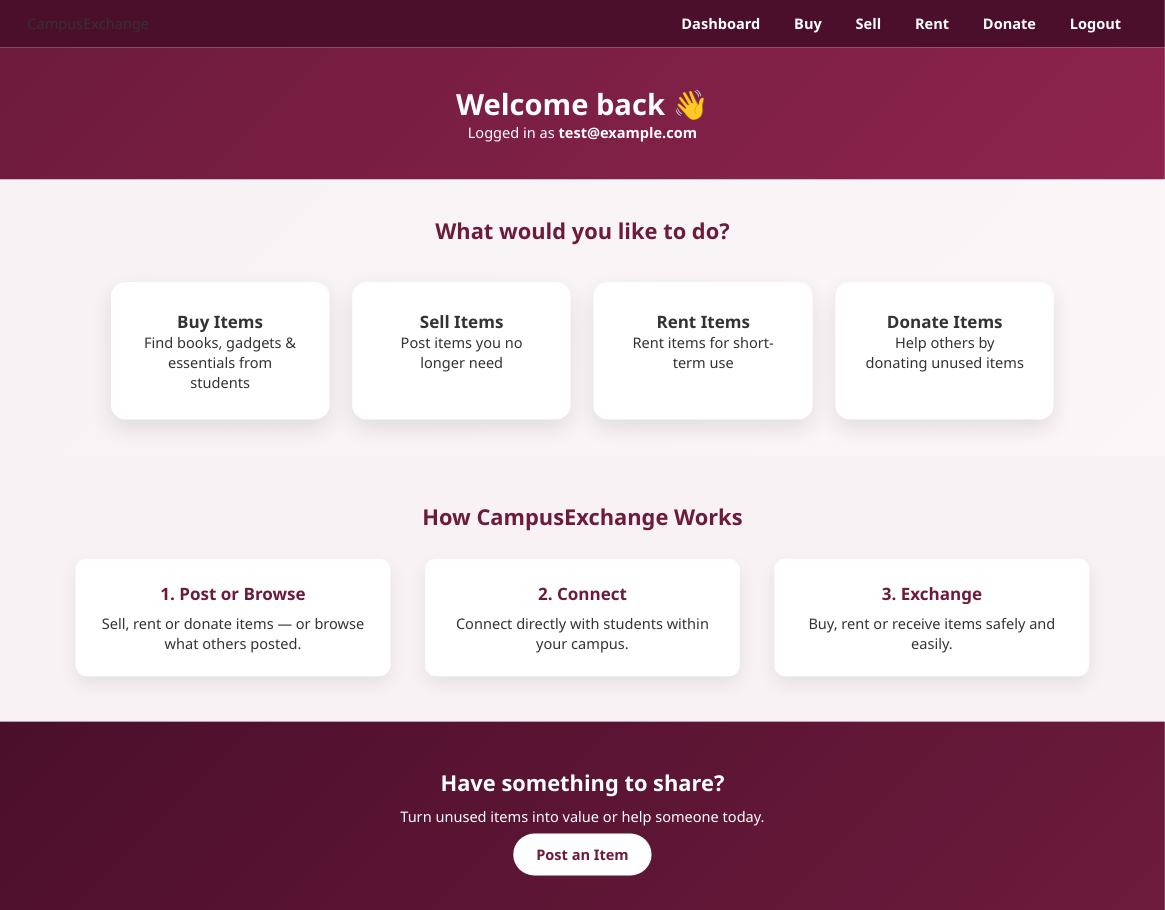
Repository: Sanjaya1822/Campus-Exchange
Page: http://localhost/CampusExchange/dashboard.jsp
These files come from the project's save history. The page is drawn as it stood at one moment and after the next save; the edit follows.
The browser window is 1280 px wide. The pictures show the whole page, at 91% of full size.
The page is served by Tomcat 9. The session is filled in as if someone had signed in: {"userEmail": "test@example.com"}. Other server files are loaded and not shown.

Above is the page before, as saved 2026-02-02 17:05:15.

### CampusExchange/src/main/webapp/dashboard.jsp
<%@ page language="java" contentType="text/html; charset=UTF-8"
         pageEncoding="UTF-8" %>

<%@ page language="java" contentType="text/html; charset=UTF-8" %>

<%

    if (session == null || session.getAttribute("userEmail") == null) {
        response.sendRedirect("login.jsp");
        return;
    }
    String userEmail = (String) session.getAttribute("userEmail");
%>


<!DOCTYPE html>
<html>
<head>
    <title>Dashboard | CampusExchange</title>
    <link rel="stylesheet" href="css/style.css">
</head>
<!-- NAVBAR -->
<div class="navbar">
    <div class="nav-left">CampusExchange</div>
    <div class="nav-right">
        <a href="dashboard.jsp">Dashboard</a>
        <a href="buy.jsp">Buy</a>
        <a href="sell.jsp">Sell</a>
        <a href="rent.jsp">Rent</a>
        <a href="donate.jsp">Donate</a>
        <a href="logout">Logout</a>
    </div>
</div>

<!-- HERO -->
<div class="dashboard-hero">
    <h1>Welcome back 👋</h1>
    <p>Logged in as <strong><%= userEmail %></strong></p>
</div>

<!-- QUICK ACTIONS -->
<div class="quick-actions">
    <h2>What would you like to do?</h2>

    <div class="dashboard-actions">
        <a href="buy.jsp" class="action-card">
            <h3>Buy Items</h3>
            <p>Find books, gadgets & essentials from students</p>
        </a>

        <a href="sell.jsp" class="action-card">
            <h3>Sell Items</h3>
            <p>Post items you no longer need</p>
        </a>

        <a href="rent.jsp" class="action-card">
            <h3>Rent Items</h3>
            <p>Rent items for short-term use</p>
        </a>

        <a href="donate.jsp" class="action-card">
            <h3>Donate Items</h3>
            <p>Help others by donating unused items</p>
        </a>
    </div>
</div>

<!-- HOW IT WORKS -->
<div class="how-it-works">
    <h2>How CampusExchange Works</h2>

    <div class="steps">
        <div class="step-box">
            <h3>1. Post or Browse</h3>
            <p>Sell, rent or donate items — or browse what others posted.</p>
        </div>

        <div class="step-box">
            <h3>2. Connect</h3>
            <p>Connect directly with students within your campus.</p>
        </div>

        <div class="step-box">
            <h3>3. Exchange</h3>
            <p>Buy, rent or receive items safely and easily.</p>
        </div>
    </div>
</div>

<!-- FOOTER CTA -->
<div class="dashboard-footer">
    <h2>Have something to share?</h2>
    <p>Turn unused items into value or help someone today.</p>
    <a href="sell.jsp" class="footer-btn">Post an Item</a>
</div>

</html>

### CampusExchange/src/main/webapp/css/style.css
/* ================= RESET ================= */
* {
    margin: 0;
    padding: 0;
    box-sizing: border-box;
    font-family: "Segoe UI", Arial, sans-serif;
}

/* ================= PAGE BACKGROUND ================= */
body {
    background: linear-gradient(
        rgba(0,0,0,0.55),
        rgba(0,0,0,0.55)
    ),
    url("../images/bg.jpg") no-repeat center center / cover;
    min-height: 100vh;
    color: #333;
}

/* ================= NAVBAR ================= */
.navbar {
    width: 100%;
    padding: 18px;
    text-align: center;
    background: rgba(255,255,255,0.95);
}

.navbar a {
    margin: 0 18px;
    text-decoration: none;
    color: #6d1b3b;
    font-weight: 600;
    font-size: 16px;
}

.navbar a:hover {
    color: #9c274d;
}

/* ================= HERO ================= */
.hero {
    margin-top: 120px;
    text-align: center;
    color: #ffffff;
}

.hero h1 {
    font-size: 52px;
    letter-spacing: 1px;
}

.hero p {
    margin-top: 15px;
    font-size: 18px;
    max-width: 650px;
    margin-left: auto;
    margin-right: auto;
    opacity: 0.95;
}

/* ================= CTA ================= */
.cta {
    margin-top: 30px;
}

.cta a {
    display: inline-block;
    padding: 14px 30px;
    background: #6d1b3b;
    color: #ffffff;
    text-decoration: none;
    border-radius: 30px;
    font-size: 16px;
    font-weight: 600;
}

.cta a:hover {
    background: #9c274d;
}

/* ================= FEATURES ================= */
.features {
    background: #f7f3f5;
    padding: 70px 20px;
    margin-top: 120px;
}

.features h2 {
    text-align: center;
    margin-bottom: 40px;
    color: #6d1b3b;
    font-size: 32px;
}

/* ================= FEATURE GRID ================= */
.feature-grid {
    display: grid;
    grid-template-columns: repeat(auto-fit, minmax(220px, 1fr));
    gap: 30px;
    max-width: 1000px;
    margin: auto;
}

/* ================= FEATURE CARD ================= */
.feature-card {
    background: #ffffff;
    padding: 30px;
    border-radius: 14px;
    text-align: center;
    box-shadow: 0 15px 30px rgba(0,0,0,0.15);
    transition: transform 0.3s ease, box-shadow 0.3s ease;
}

.feature-card i {
    font-size: 34px;
    color: #6d1b3b;
    margin-bottom: 15px;
}

.feature-card h3 {
    margin-bottom: 10px;
    color: #6d1b3b;
}

.feature-card p {
    font-size: 14px;
    line-height: 1.6;
}

.feature-card a {
    display: inline-block;
    margin-top: 15px;
    color: #9c274d;
    font-weight: 600;
    text-decoration: none;
}

.feature-card:hover {
    transform: translateY(-8px);
    box-shadow: 0 25px 45px rgba(0,0,0,0.25);
}

/* ================= INFO SECTION ================= */
.info {
    background: #ffffff;
    padding: 70px 20px;
}

.info h2 {
    text-align: center;
    color: #6d1b3b;
    margin-bottom: 25px;
}

.info p {
    max-width: 800px;
    margin: auto;
    text-align: center;
    line-height: 1.7;
    font-size: 15px;
}

/* ================= FOOTER ================= */
.footer {
    background: #6d1b3b;
    color: #ffffff;
    padding: 20px;
    text-align: center;
    font-size: 14px;
}
/* ================= AUTH PAGES ================= */
.auth-container {
    width: 420px;
    background: rgba(255,255,255,0.97);
    padding: 35px;
    border-radius: 14px;
    box-shadow: 0 20px 40px rgba(0,0,0,0.3);
    margin: 120px auto;
}

.auth-container h2 {
    text-align: center;
    margin-bottom: 25px;
    color: #6d1b3b;
}

/* Input group */
.auth-group {
    margin-bottom: 18px;
}

.auth-group label {
    display: block;
    margin-bottom: 6px;
    font-weight: 600;
    color: #444;
}

.auth-group input {
    width: 100%;
    padding: 12px;
    border-radius: 6px;
    border: 1px solid #ccc;
    font-size: 15px;
}

.auth-group input:focus {
    outline: none;
    border-color: #9c274d;
    box-shadow: 0 0 5px rgba(156,39,77,0.4);
}

/* Submit button */
.auth-btn {
    width: 100%;
    padding: 12px;
    background: #6d1b3b;
    color: white;
    border: none;
    border-radius: 6px;
    font-size: 16px;
    font-weight: 600;
    cursor: pointer;
    margin-top: 10px;
}

.auth-btn:hover {
    background: #9c274d;
}

/* Auth links */
.auth-link {
    text-align: center;
    margin-top: 18px;
}

.auth-link a {
    text-decoration: none;
    color: #6d1b3b;
    font-weight: 600;
}

.auth-link a:hover {
    text-decoration: underline;
}
/* ================= DASHBOARD ================= */

.dashboard-grid {
    display: grid;
    grid-template-columns: repeat(2, 1fr);
    gap: 20px;
    margin-top: 20px;
}

.dash-card {
    display: block;
    padding: 25px;
    border-radius: 12px;
    text-decoration: none;
    background: #f7f3f5;
    color: #333;
    box-shadow: 0 10px 20px rgba(0,0,0,0.15);
    transition: transform 0.3s ease, box-shadow 0.3s ease;
}

.dash-card h3 {
    color: #6d1b3b;
    margin-bottom: 8px;
}

.dash-card:hover {
    transform: translateY(-6px);
    box-shadow: 0 18px 30px rgba(0,0,0,0.25);
}
.error-msg {
    color: #7b1e3a;
    background: #fdecee;
    padding: 10px;
    border-radius: 6px;
    text-align: center;
    margin-bottom: 15px;
}
/* SELL / FORM PAGE CLEAN BACKGROUND */
body {
    background: linear-gradient(135deg, #f6f1f3, #fdf7f9);
    font-family: 'Segoe UI', sans-serif;
}

.auth-container {
    background: #ffffff;
    padding: 30px;
    max-width: 500px;
    margin: 60px auto;
    border-radius: 12px;
    box-shadow: 0 10px 25px rgba(123, 30, 58, 0.15);
}

.auth-container h2 {
    color: #7b1e3a;
    text-align: center;
    margin-bottom: 20px;
}

.auth-container label {
    color: #5a1a2b;
    font-weight: 500;
}

.auth-container input,
.auth-container textarea,
.auth-container select {
    width: 100%;
    padding: 10px;
    margin-bottom: 15px;
    border-radius: 6px;
    border: 1px solid #ccc;
}

.auth-container input[type="submit"] {
    background: #7b1e3a;
    color: white;
    border: none;
    cursor: pointer;
    font-weight: bold;
}

.auth-container input[type="submit"]:hover {
    background: #5a1428;
}
.items-grid {
    display: grid;
    grid-template-columns: repeat(auto-fit, minmax(220px, 1fr));
    gap: 20px;
    margin-top: 20px;
}

.item-card {
    background: #fff;
    border-radius: 10px;
    padding: 15px;
    box-shadow: 0 8px 20px rgba(0,0,0,0.08);
    text-align: center;
}

.item-card img {
    width: 100%;
    height: 180px;
    object-fit: cover;
    border-radius: 8px;
}

.item-card h3 {
    color: #7b1e3a;
    margin: 10px 0 5px;
}

.item-card p {
    font-size: 14px;
    color: #555;
}

.item-card .price {
    font-weight: bold;
    color: #5a1428;
    margin-top: 8px;
}
/* DASHBOARD THEME */
.dashboard-hero {
    background: linear-gradient(135deg, #6d1b3d, #8e244d);
    color: white;
    padding: 40px;
    text-align: center;
}

.dashboard-hero h1 {
    font-size: 32px;
}

.stats-container {
    display: flex;
    justify-content: space-around;
    margin: 30px auto;
    width: 90%;
}

.stat-box {
    background: #fff;
    padding: 20px;
    width: 30%;
    text-align: center;
    border-radius: 12px;
    box-shadow: 0 10px 25px rgba(0,0,0,0.1);
}

.stat-box h3 {
    color: #6d1b3d;
}

.stat-box p {
    font-size: 20px;
    font-weight: bold;
}

.dashboard-actions {
    display: grid;
    grid-template-columns: repeat(4, 1fr);
    gap: 25px;
    width: 90%;
    margin: 40px auto;
}

.action-card {
    background: white;
    padding: 30px;
    text-align: center;
    border-radius: 16px;
    text-decoration: none;
    color: #333;
    box-shadow: 0 10px 25px rgba(0,0,0,0.1);
    transition: 0.3s ease;
}

.action-card:hover {
    transform: translateY(-8px);
    background: #6d1b3d;
    color: white;
}

.navbar {
    display: flex;
    justify-content: space-between;
    padding: 15px 30px;
    background: #4b0f2b;
}

.navbar a {
    color: white;
    margin-left: 15px;
    text-decoration: none;
}

.navbar a:hover {
    text-decoration: underline;
}
.quick-actions {
    width: 90%;
    margin: 40px auto;
    text-align: center;
}

.quick-actions h2 {
    color: #6d1b3d;
    margin-bottom: 25px;
}

.how-it-works {
    background: #f9f2f5;
    padding: 50px 0;
    text-align: center;
}

.how-it-works h2 {
    color: #6d1b3d;
    margin-bottom: 30px;
}

.steps {
    display: flex;
    justify-content: space-around;
    width: 90%;
    margin: auto;
}

.step-box {
    background: white;
    padding: 25px;
    width: 30%;
    border-radius: 12px;
    box-shadow: 0 8px 20px rgba(0,0,0,0.08);
}

.step-box h3 {
    color: #6d1b3d;
    margin-bottom: 10px;
}

.dashboard-footer {
    background: linear-gradient(135deg, #4b0f2b, #6d1b3d);
    color: white;
    text-align: center;
    padding: 50px 20px;
}

.dashboard-footer p {
    margin: 10px 0 20px;
}

.footer-btn {
    background: white;
    color: #6d1b3d;
    padding: 12px 25px;
    border-radius: 25px;
    text-decoration: none;
    font-weight: bold;
}

.footer-btn:hover {
    background: #f3dbe4;
}
.item-link {
    text-decoration: none;
    color: inherit;
}
.interest-btn {
    background: #7b1e3a;
    color: white;
    padding: 12px 20px;
    border: none;
    border-radius: 6px;
    cursor: pointer;
    margin-top: 15px;
}

.interest-btn:hover {
    background: #5a1428;
}
.btn-primary {
    width: 100%;
    padding: 12px;
    background: linear-gradient(135deg, #7b1e3a, #a83250);
    color: white;
    font-size: 16px;
    border: none;
    border-radius: 8px;
    cursor: pointer;
    font-weight: 600;
    transition: all 0.3s ease;
}

.btn-primary:hover {
    background: linear-gradient(135deg, #5e152c, #8c2a43);
    transform: translateY(-2px);
}

.btn-primary:active {
    transform: scale(0.98);
}
.btn-primary {
    background: #7b1e3a;
    color: white;
    padding: 12px 30px;
    border: none;
    border-radius: 8px;
    font-size: 16px;
    cursor: pointer;
    transition: 0.3s;
}

.btn-primary:hover {
    background: #5a142b;
}
.item-card {
    background: #fff;
    padding: 15px;
    border-radius: 8px;
    margin: 10px 0;
    box-shadow: 0 2px 8px rgba(0,0,0,0.08);
}

.item-card.sold {
    opacity: 0.6;
}

After the next save:
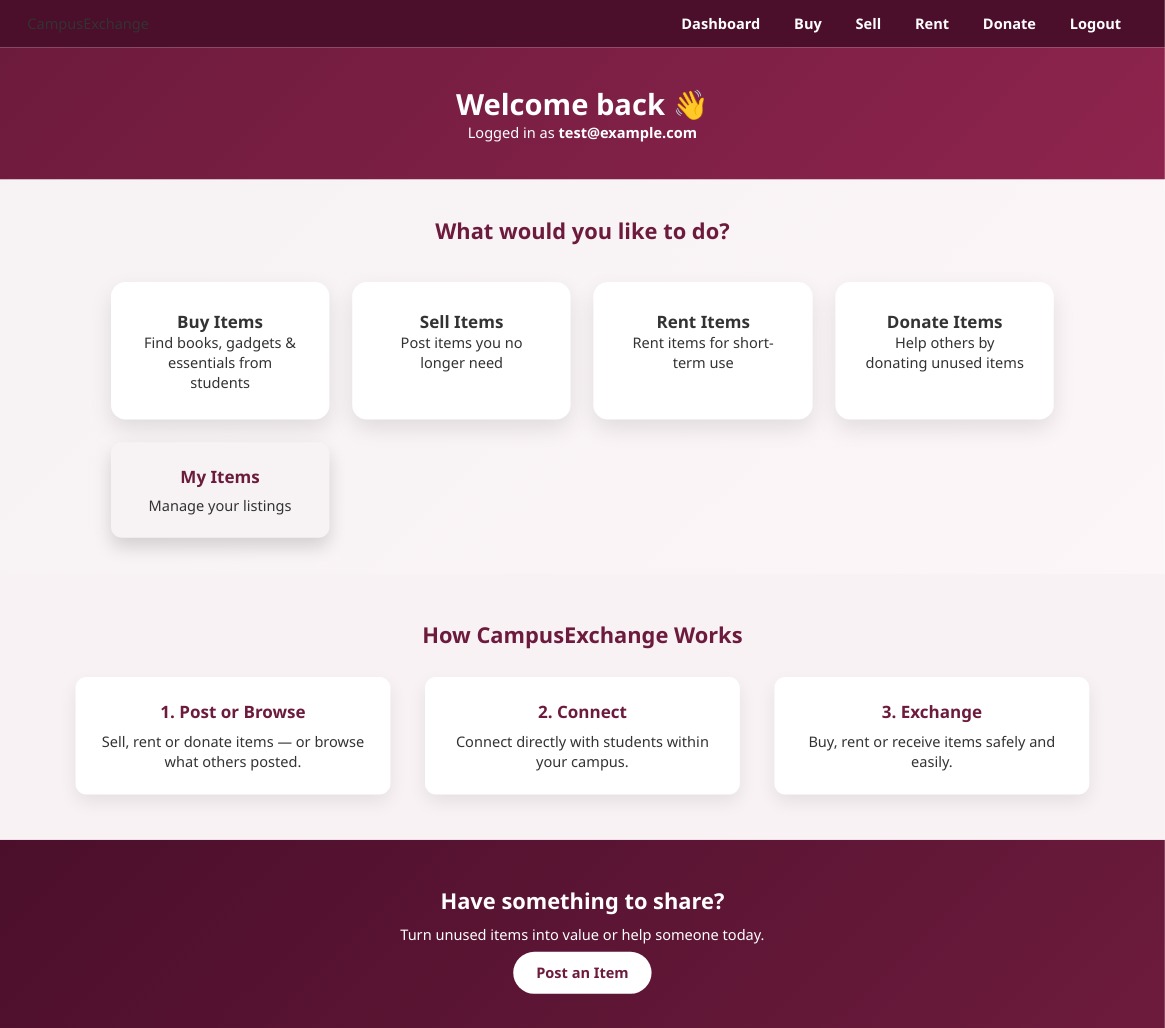
Saved 37 s later.
--- a/CampusExchange/src/main/webapp/dashboard.jsp
+++ b/CampusExchange/src/main/webapp/dashboard.jsp
@@ -62,6 +62,11 @@
             <h3>Donate Items</h3>
             <p>Help others by donating unused items</p>
         </a>
+        <a href="myItems.jsp" class="dash-card">
+    <h3>My Items</h3>
+    <p>Manage your listings</p>
+</a>
+
     </div>
 </div>
 
